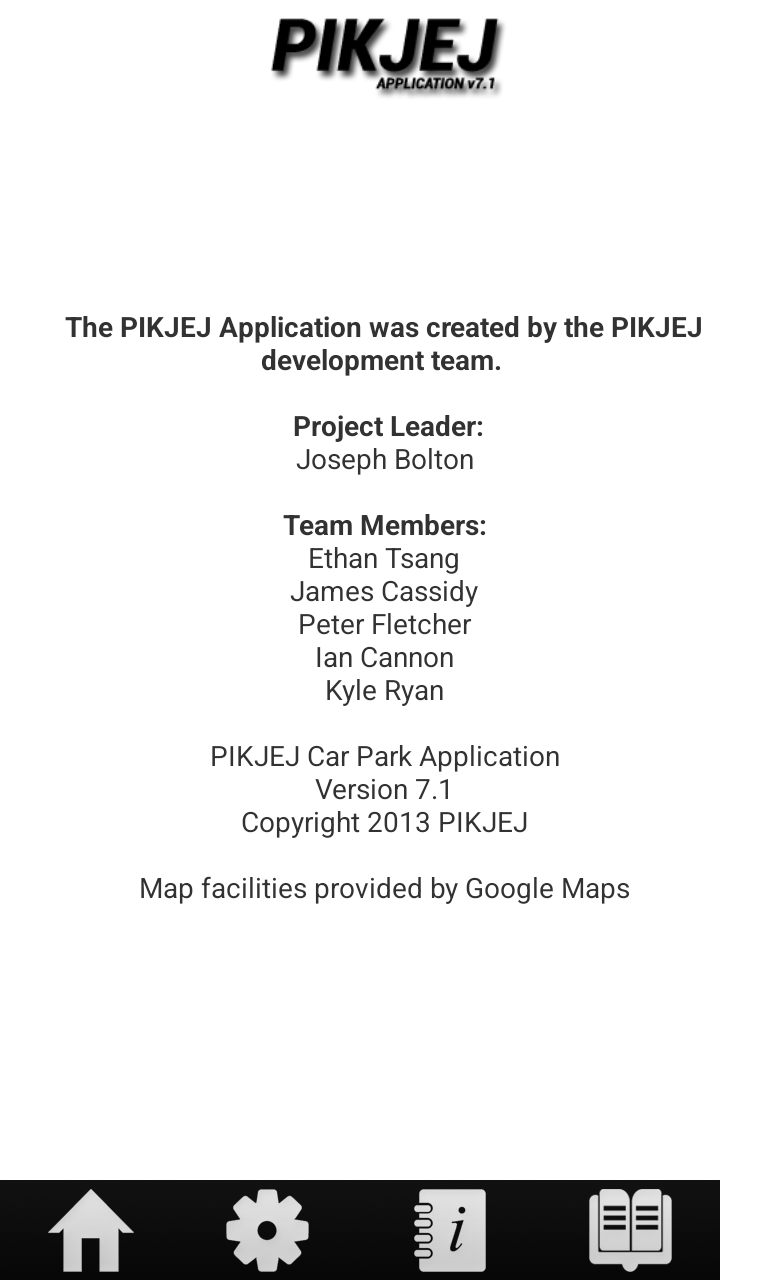
Repository: jo3bolton/PIKJEJ
Layout: PIKJEJ v7/PIKJEJ/res/layout/activity_about.xml
An editor plug-in stored every save of this project. The layout is shown before and after the next save, followed by the edit.
It is drawn on a 768 x 1280 px phone screen (xhdpi) without system bars, with theme AppTheme; the app's code is not run.

Above is the layout before, as saved 2013-03-23 14:03:14.

### PIKJEJ v7/PIKJEJ/res/layout/activity_about.xml
<RelativeLayout xmlns:android="http://schemas.android.com/apk/res/android"
    xmlns:tools="http://schemas.android.com/tools"
    android:layout_width="match_parent"
    android:layout_height="match_parent"
    android:screenOrientation="portrait"
    tools:context=".About" >

    <ImageButton
        android:id="@+id/home"
        android:layout_width="wrap_content"
        android:layout_height="wrap_content"
        android:layout_alignParentBottom="true"
        android:layout_alignParentLeft="true"
        android:background="@drawable/ic_tab_home_unselected"
        android:onClick="Home" />

    <ImageButton
        android:id="@+id/settings"
        android:layout_width="wrap_content"
        android:layout_height="wrap_content"
        android:layout_alignParentBottom="true"
        android:layout_toRightOf="@+id/home"
        android:background="@drawable/ic_tab_settings_unselected"
        android:onClick="Settings" />

    <ImageButton
        android:id="@+id/about"
        android:layout_width="wrap_content"
        android:layout_height="wrap_content"
        android:layout_alignParentBottom="true"
        android:layout_toRightOf="@+id/settings"
        android:background="@drawable/ic_tab_about_unselected"
        android:onClick="About" />

    <ImageButton
        android:id="@+id/userguide"
        android:layout_width="wrap_content"
        android:layout_height="wrap_content"
        android:layout_alignParentBottom="true"
        android:layout_toRightOf="@+id/about"
        android:background="@drawable/ic_tab_userguide_unselected"
        android:onClick="Userguide" />

<ScrollView
    android:id="@+id/ScrollView1"
    android:layout_width="wrap_content"
    android:layout_height="wrap_content"
    android:layout_alignParentLeft="true"
    android:layout_alignParentTop="true" >
</ScrollView>

<ImageView
    android:id="@+id/imageView1"
    android:layout_width="wrap_content"
    android:layout_height="wrap_content"
    android:layout_alignParentTop="true"
    android:layout_centerHorizontal="true"
    android:src="@drawable/img_pikjej_about" />

<TextView
    android:id="@+id/textView1"
    android:layout_width="wrap_content"
    android:layout_height="match_parent"
    android:layout_alignParentLeft="true"
    android:layout_alignParentTop="true"
    android:gravity="center"
    android:scrollbars="vertical"
    android:text="@string/page_about" />

</RelativeLayout>

### PIKJEJ v7/PIKJEJ/res/values/strings.xml
<?xml version="1.0" encoding="utf-8"?>
<resources>

    <string name="app_name">PIKJEJ</string>
    <string name="action_settings">Settings</string>
    <string name="hello_world">Hello world!</string>
    <string name="title_activity_about">About</string>
    <string name="title_activity_alt_travel">AltTravel</string>
    <string name="title_activity_userguide">Userguide</string>
    <string name="title_activity_schedule">Schedule</string>
    <string name="title_activity_settings">Settings</string>
    <string name="title_activity_predictor">Predictor</string>
    <string name="title_activity_terms">Terms</string>
    <string name="title_activity_splash">Splash</string>
    <string name="title_activity_home">Home</string>
    <string name="page_about"><b>The PIKJEJ Application was created by the PIKJEJ development team.</b> \n \n <b> Project Leader:</b> \n Joseph Bolton \n\n <b>Team Members:</b> \n Ethan Tsang \n James Cassidy \n Peter Fletcher \n Ian Cannon \n  Kyle Ryan \n\n PIKJEJ Car Park Application \n Version 7.1 \n Copyright 2013 PIKJEJ \n\n Map facilities provided by Google Maps \n\n </string>

</resources>

Loaded but not shown: PIKJEJ v7/PIKJEJ/res/values/styles.xml (common file); PIKJEJ v7/PIKJEJ/res/values-v11/styles.xml (common file); PIKJEJ v7/PIKJEJ/res/values-v14/styles.xml (common file)

After the next save:
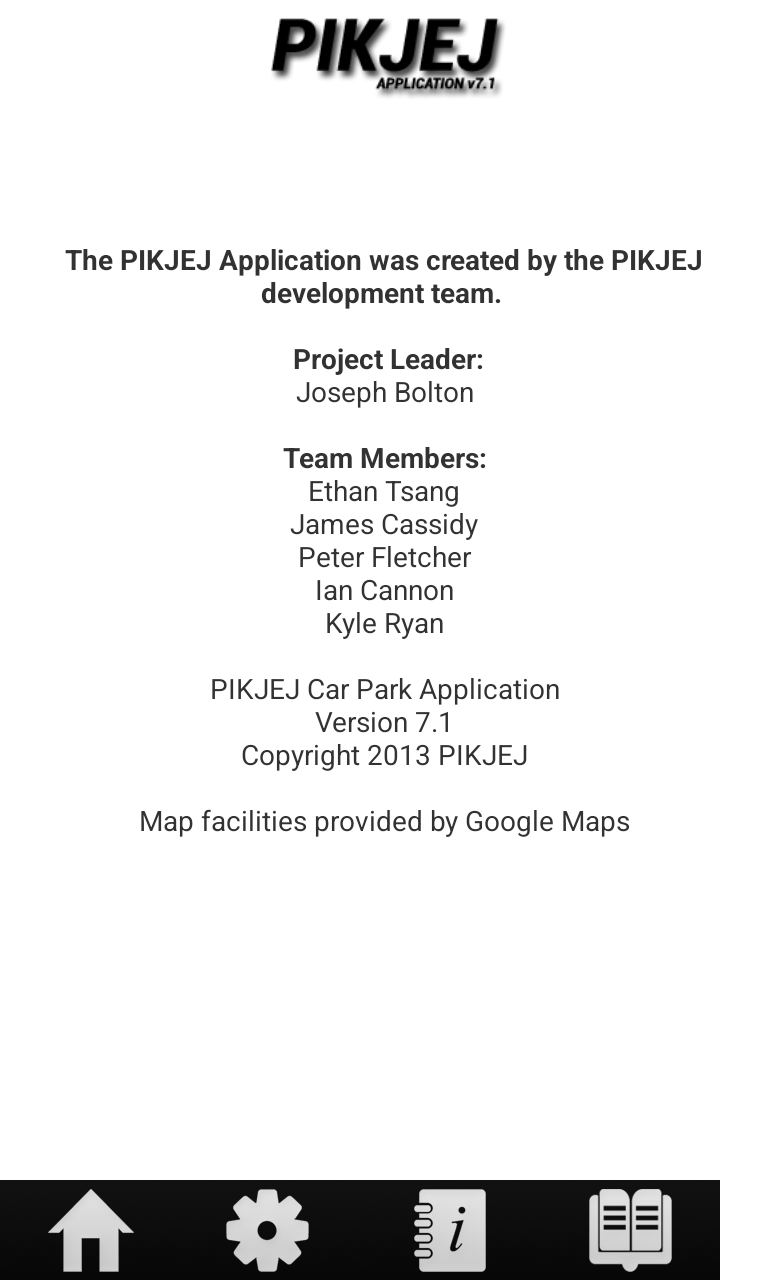
Saved 19 s later.
--- a/PIKJEJ v7/PIKJEJ/res/layout/activity_about.xml
+++ b/PIKJEJ v7/PIKJEJ/res/layout/activity_about.xml
@@ -46,7 +46,17 @@
     android:layout_width="wrap_content"
     android:layout_height="wrap_content"
     android:layout_alignParentLeft="true"
-    android:layout_alignParentTop="true" >
+    android:layout_alignParentTop="true"
+    android:layout_marginTop="120dp" >
+    <TextView
+    android:id="@+id/textView1"
+    android:layout_width="wrap_content"
+    android:layout_height="match_parent"
+    android:layout_alignParentLeft="true"
+    android:layout_alignParentTop="true"
+    android:gravity="center"
+    android:scrollbars="vertical"
+    android:text="@string/page_about" />
 </ScrollView>
 
 <ImageView
@@ -57,14 +67,5 @@
     android:layout_centerHorizontal="true"
     android:src="@drawable/img_pikjej_about" />
 
-<TextView
-    android:id="@+id/textView1"
-    android:layout_width="wrap_content"
-    android:layout_height="match_parent"
-    android:layout_alignParentLeft="true"
-    android:layout_alignParentTop="true"
-    android:gravity="center"
-    android:scrollbars="vertical"
-    android:text="@string/page_about" />
 
 </RelativeLayout>
